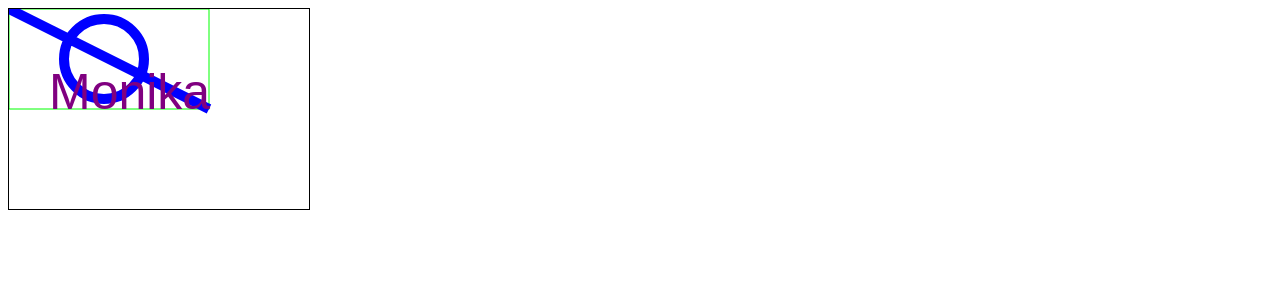
Repository: BhardwajMonika/core-java
Page: HTML2/WebContent/Canvas1.html
An editor plug-in stored every save of this project. The page is shown before and after the next save, followed by the edit.
The browser window is 1280 px wide. The pictures show the whole page.

Above is the page before, as saved 2019-02-27 09:40:57.

After the next save:
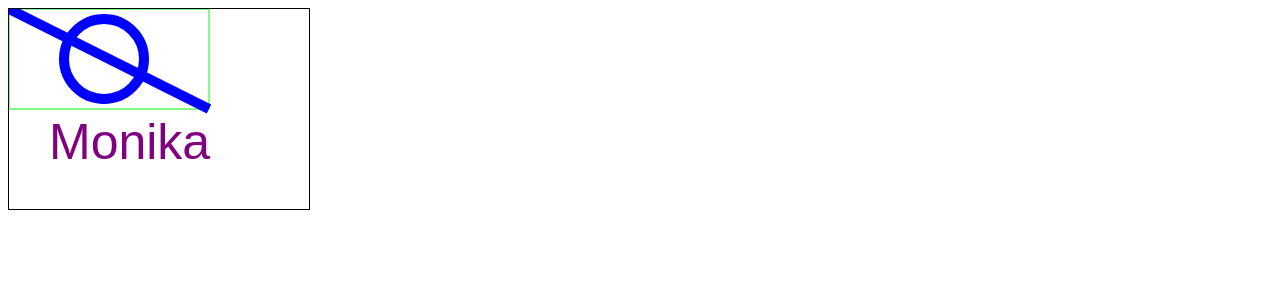
Saved 8 s later.
--- a/HTML2/WebContent/Canvas1.html
+++ b/HTML2/WebContent/Canvas1.html
@@ -34,7 +34,7 @@
 
 	ctx.font="50px Arial";
 	ctx.fillStyle='purple';
-	ctx.fillText("Monika",40,100);
+	ctx.fillText("Monika",40,150);
 
 </script>
 
